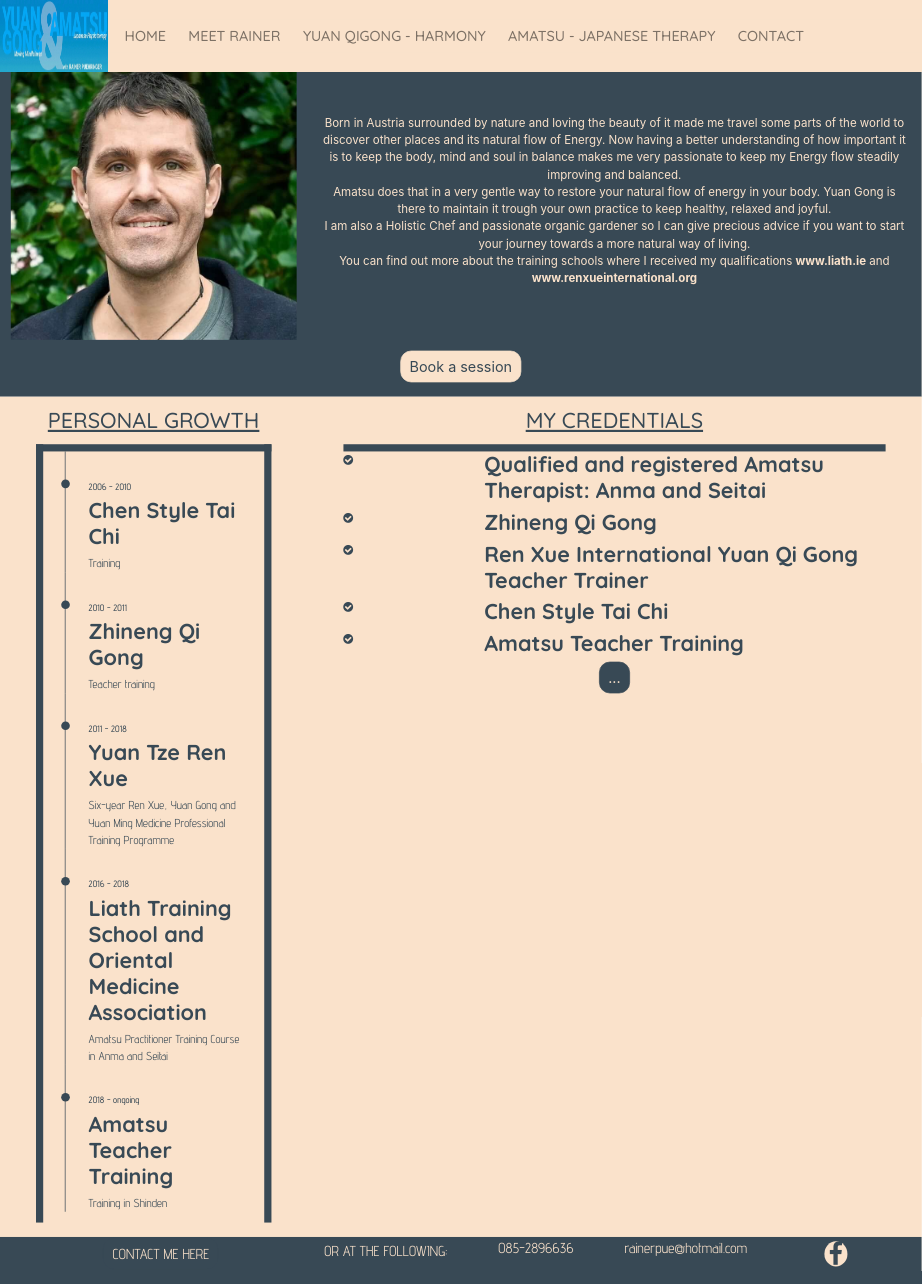
Repository: rainerpue/practitioner_website
Page: about.html
The author's editor kept a record of every edit. The page is drawn from the files as they stood at one moment, then again after the next edit.
The browser window is 1280 px wide. The pictures show the whole page, at 72% of full size.
Some web libraries are served in a nearby version.

Above is the page before.

### about.html
<!DOCTYPE html>
<html lang="en">

<head>
    <meta charset="UTF-8">
    <meta name="viewport" content="width=device-width, initial-scale=1.0">
    <meta http-equiv="X-UA-Compatible" content="ie=edge">
    <meta name="description" content="Home page | Rainer Puehringer, Find your Energy flow">
    <meta name="keywords" content="qigong, amatsu, therapy, energy flow, body balance, harmony, Japanese therapy, yuan gong, ireland">
    <meta name="author" content="Rainer Puehringer">
    <!-- style links -->
    <link rel="stylesheet" href="https://stackpath.bootstrapcdn.com/bootstrap/4.3.1/css/bootstrap.min.css" type="text/css" />
    <link rel="stylesheet" href="https://stackpath.bootstrapcdn.com/font-awesome/4.7.0/css/font-awesome.min.css" type="text/css" />

    <!-- link to my css file comes after to make sure it render over bootstrap style -->
    <link rel="stylesheet" href="assets/css/style.css" type="text/css" />

    <title>Rainer Puehringer, Find your Energy flow with Yuan Qigong and Amatsu</title>

</head>

<body>
    <!-- navbar and logo -->
    <!-- blue background will only show on bigger screens, set to transparent for mobile device -->
    <nav class="navbar navbar-expand-md fixed-top navbar-light nav-coral">
        <!-- logo -->
        <a href="index.html" class="navbar-brand logo">
            <img src="assets/images/logo.jpeg" width="150" height="100" alt="logo">
        </a>
        <!-- button for smaller devices -->
        <button class="navbar-toggler" type="button" data-toggle="collapse" data-target="#burger" aria-controls="burger" aria-expanded="false" aria-label="Toggle navigation">
    <span class="fa fa-bars"></span>
  </button>
        <!-- navigation items which drop down vertically from burger icon in smaller devices -->
        <div class="collapse navbar-collapse" id="burger">
            <ul class="navbar-nav mr-auto text-uppercase">
                <li class="nav-item">
                    <a class="nav-link" href="index.html">Home</a>
                </li>
                <li class="nav-item">
                    <a class="nav-link" href="about.html">Meet Rainer</a>
                </li>
                <li class="nav-item">
                    <a class="nav-link" href="index.html">Yuan Qigong - Harmony</a>
                </li>
                <li class="nav-item">
                    <a class="nav-link" href="index.html">Amatsu - Japanese Therapy</a>
                </li>
                <li class="nav-item">
                    <a class="nav-link" href="index.html">Contact</a>
                </li>
            </ul>
        </div>
    </nav>

    <!-- end navbar -->


    <!-- about image banner -->
    <main>
        <div class="container-fluid">
            <div class="row">
                <div class="col-12 about-image">
                </div>
            </div>
        </div>

        <!-- Rainer's intro -->
        <section class="container-fluid bg-grey intro-section">
            <div class="row">
                <div class="col-12 text-center">
                    <h3 class="text-uppercase">RAINER PUEHRINGER</h3>
                </div>
            </div>
            <div class="row section-details">
                <div class="col-12 col-md-4 text-center">
                    <img class="sm-img" src="assets/images/Rainer.jpeg" width="100%" height="auto" alt="Rainer Puehringer">
                </div>
                <div class="col-12 col-md-8 about-content text-center">

                    <p class="text-center">Born in Austria surrounded by nature and loving the beauty of it made me travel some parts of the world to discover other places and its natural flow of Energy. Now having a better understanding of how important it is to keep the body,
                        mind and soul in balance makes me very passionate to keep my Energy flow steadily improving and balanced.</p>
                    <p class="text-center">Amatsu does that in a very gentle way to restore your natural flow of energy in your body. Yuan Gong is there to maintain it trough your own practice to keep healthy, relaxed and joyful.</p>
                    <p class="text-center">I am also a Holistic Chef and passionate organic gardener so I can give precious advice if you want to start your journey towards a more natural way of living.</p>
                    <p class="text-center">You can find out more about the training schools where I received my qualifications <span><a href="https://www.liath.ie" class="links">www.liath.ie</a></span> and <span><a href="https://www.renxueinternational.org" class="links">www.renxueinternational.org</a></span>
                    </p>
                </div>
            </div>
            <div class="container-fluid">
                <div class="row text-center">
                    <div class="col-12">
                        <a class="btn btn--gal btn--coral" href="#">Book a session</a>
                    </div>
                </div>
            </div>
        </section>

        <!-- timeline -->

        <section class="container-fluid">


            <div class="row bg-coral">
                <div class="col-md-6 col-lg-4 timeline section-column">
                    <div class="row">
                        <div class="col-12">
                            <h3 class="text-uppercase text-center">Personal growth</h3>
                        </div>
                    </div>
                    <div class="history-items">
                        <div class="timeline-item" data-dates="2006 - 2010">
                            <h4>Chen Style Tai Chi</h4>
                            <p>Training</p>
                        </div>
                        <div class="timeline-item" data-dates="2010 - 2011">
                            <h4>Zhineng Qi Gong</h4>
                            <p>Teacher training</p>
                        </div>
                        <div class="timeline-item" data-dates="2011 - 2018">
                            <h4>Yuan Tze Ren Xue</h4>
                            <p>Six-year Ren Xue, Yuan Gong and Yuan Ming Medicine Professional Training Programme</p>
                        </div>
                        <div class="timeline-item" data-dates="2016 - 2018">
                            <h4>Liath Training School and Oriental Medicine Association</h4>
                            <p>Amatsu Practitioner Training Course in Anma and Seitai</p>
                        </div>
                        <div class="timeline-item" data-dates="2018 - ongoing">
                            <h4>Amatsu Teacher Training</h4>
                            <p>Training in Shinden</p>
                        </div>
                    </div>
                </div>

                <!-- small divider only for mobile device to divide the two columns of the same section -->

                <hr class="section-divider-short">

                <!-- qualifications check -->

                <div class="col-md-6 col-lg-8 section-column">
                    <div class="row">
                        <div class="col-12">
                            <h3 class="text-uppercase text-center">My credentials</h3>
                        </div>
                    </div>
                    <!-- long divider only for big screen to divide the heading to the content -->
                    <div class="row">
                        <div class="col-12 d-none d-md-block">
                            <hr class="section-divider-long">
                        </div>
                    </div>
                    <div class="row qualif-section">
                        <div class="col-3">
                            <i class="fa fa-check-circle"></i>
                        </div>
                        <div class="col-9">
                            <h4>Qualified and registered Amatsu Therapist: Anma and Seitai</h4>
                        </div>
                    </div>
                    <div class="row qualif-section">
                        <div class="col-3">
                            <i class="fa fa-check-circle"></i>
                        </div>
                        <div class="col-9">
                            <h4>Zhineng Qi Gong</h4>
                        </div>
                    </div>
                    <div class="row qualif-section">
                        <div class="col-3">
                            <i class="fa fa-check-circle"></i>
                        </div>
                        <div class="col-9">
                            <h4>Ren Xue International Yuan Qi Gong Teacher Trainer</h4>
                        </div>
                    </div>
                    <div class="row qualif-section">
                        <div class="col-3">
                            <i class="fa fa-check-circle"></i>
                        </div>
                        <div class="col-9">
                            <h4>Chen Style Tai Chi</h4>
                        </div>
                    </div>
                    <div class="row qualif-section">
                        <div class="col-3">
                            <i class="fa fa-check-circle"></i>
                        </div>
                        <div class="col-9">
                            <h4>Amatsu Teacher Training</h4>
                        </div>
                    </div>


                    <div class="row text-center">
                        <div class="col-12">

                            <a class="btn btn--gal btn--grey" href="#">...</a>
                        </div>
                    </div>
                </div>
            </div>
        </section>
    </main>
    <!-- footer -->

    <footer>
        <div class="container-fluid bg-grey">
            <div class="row footer-row">
                <div class="col-12 col-md-4 footer-contact">
                    <a class="btn btn--gal btn--grey text-uppercase" href="#">Contact Me Here</a>
                </div>
                <div class="col-12 col-md-2 footer-contact">
                    <h5 class="text-uppercase">or at the following:</h5>
                </div>
                <div class="col-12 col-md-2 footer-contact">
                    <p>085-2896636</p>
                </div>
                <div class="col-12 col-md-2 footer-contact">
                    <p>rainerpue@hotmail.com</p>
                </div>
                <div class="col-12 col-md-2 footer-contact">
                    <a class="socialmedia" href="https://www.facebook.com/YuanGongandAmatsuwithRainer/" target="_blank">
                    <i class="fa fa-facebook"></i>
                    <span class="sr-only">Facebook</span>
                    </a>
                </div>
            </div>
        </div>
    </footer>

    <script src="https://code.jquery.com/jquery-3.2.1.slim.min.js " integrity="sha384-KJ3o2DKtIkvYIK3UENzmM7KCkRr/rE9/Qpg6aAZGJwFDMVNA/GpGFF93hXpG5KkN " crossorigin="anonymous "></script>
    <script src="https://cdnjs.cloudflare.com/ajax/libs/popper.js/1.12.9/umd/popper.min.js " integrity="sha384-ApNbgh9B+Y1QKtv3Rn7W3mgPxhU9K/ScQsAP7hUibX39j7fakFPskvXusvfa0b4Q " crossorigin="anonymous "></script>
    <script src="https://maxcdn.bootstrapcdn.com/bootstrap/4.0.0/js/bootstrap.min.js " integrity="sha384-JZR6Spejh4U02d8jOt6vLEHfe/JQGiRRSQQxSfFWpi1MquVdAyjUar5+76PVCmYl " crossorigin="anonymous "></script>
</body>

</html>

Loaded but not shown: assets/css/style.css (650 lines, source omitted)

After the next edit:
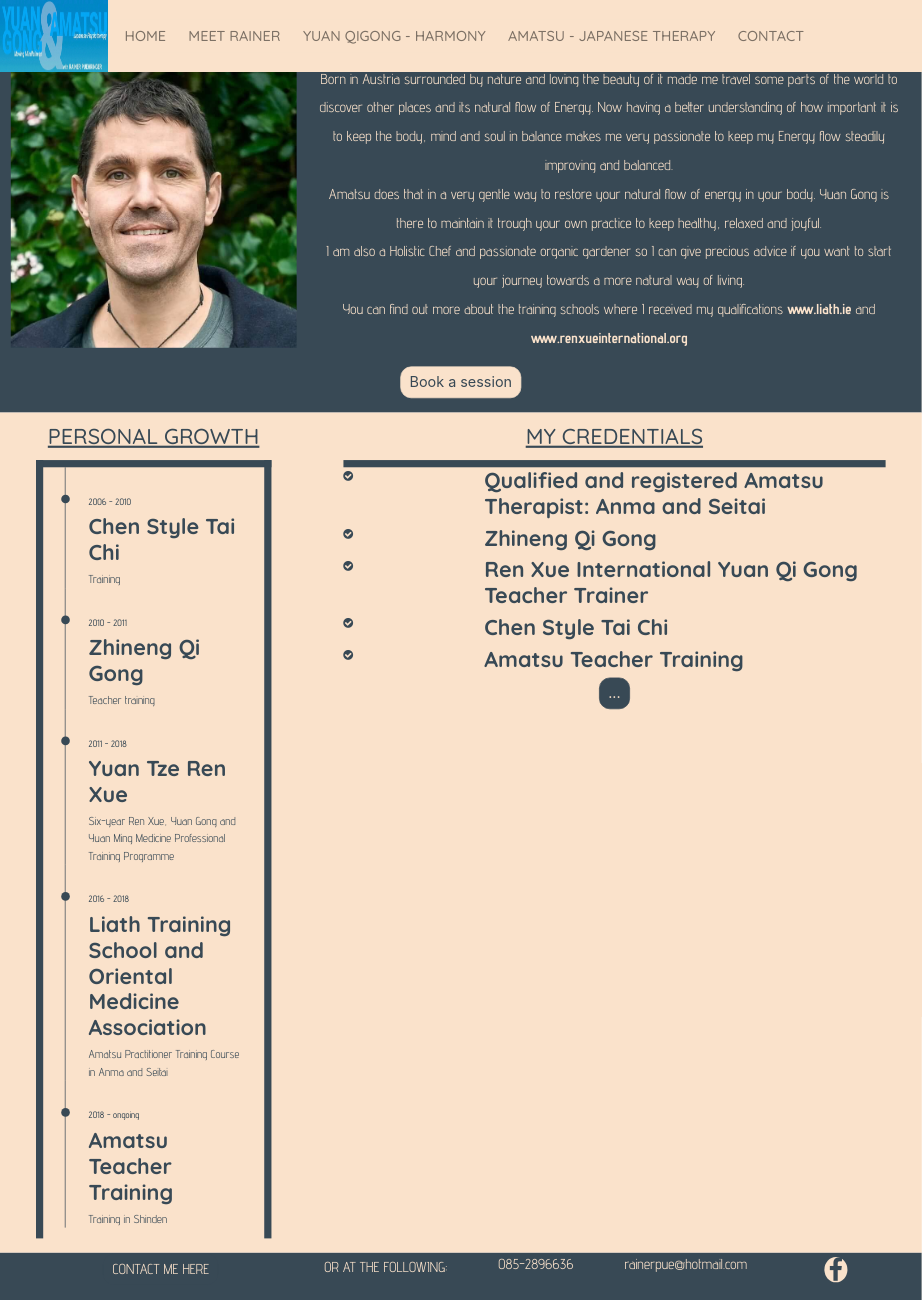
The edit:
--- a/about.html
+++ b/about.html
@@ -76,8 +76,7 @@
                 <div class="col-12 col-md-4 text-center">
                     <img class="sm-img" src="assets/images/Rainer.jpeg" width="100%" height="auto" alt="Rainer Puehringer">
                 </div>
-                <div class="col-12 col-md-8 about-content text-center">
-
+                <div class="col-12 col-md-8 main-content text-center">
                     <p class="text-center">Born in Austria surrounded by nature and loving the beauty of it made me travel some parts of the world to discover other places and its natural flow of Energy. Now having a better understanding of how important it is to keep the body,
                         mind and soul in balance makes me very passionate to keep my Energy flow steadily improving and balanced.</p>
                     <p class="text-center">Amatsu does that in a very gentle way to restore your natural flow of energy in your body. Yuan Gong is there to maintain it trough your own practice to keep healthy, relaxed and joyful.</p>
